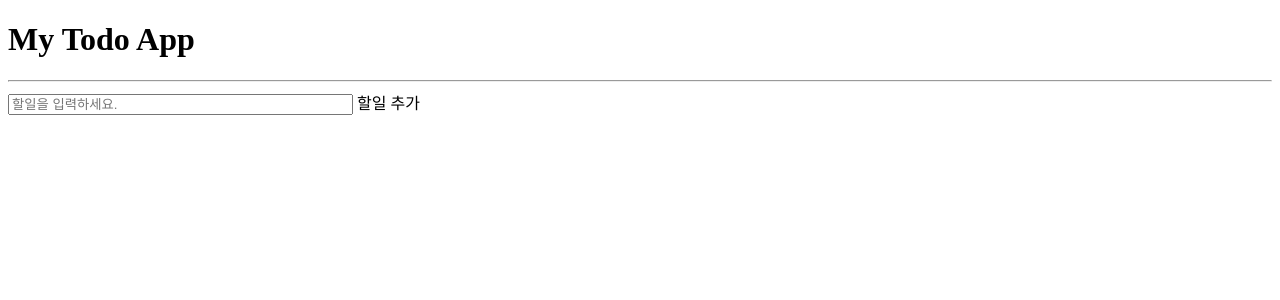
Repository: ineble/demo1
Page: http://localhost/test/todo.jsp
An editor plug-in stored every save of this project. The page is shown before and after the next save, followed by the edit.
The browser window is 1280 px wide. The pictures show the whole page.
The page is served by Tomcat 10.

Above is the page before, as saved 2022-08-03 10:49:32.

After the next save:
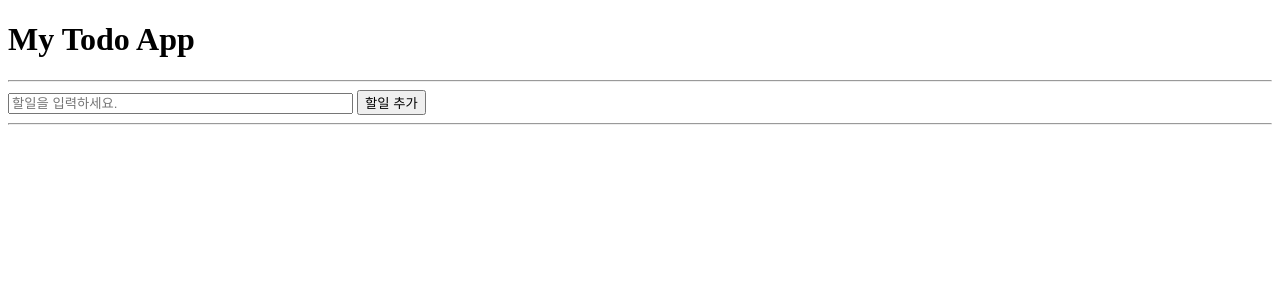
Console error: SyntaxError: Unexpected token '}'
Saved 17 min 35 s later.
--- a/test/src/main/webapp/todo.jsp
+++ b/test/src/main/webapp/todo.jsp
@@ -5,13 +5,24 @@
 <head>
 <meta charset="EUC-KR">
 <title>Insert title here</title>
+<script type="text/javascript">
+	function add(){
+		alert("할 일을 추가하시겠습니까?")
+		document.getElementById("rTodo").inerHTML = document.
+	}
+</script>
 </head>
 <body>
 	<h1>My Todo App</h1>
 	<hr>
-	<div>
+	<div id="todoForm">
 	<input type="text" placeholder="할일을 입력하세요." size="40" name="todo">
-	<buttn type="button" >할일 추가</button>
+	<button type="button" onclick="add()">할일 추가</button>
 	</div>
+	<hr>
+	<div id="resultForm">
+	<span id="rTodo"></span>
+	</div>
+
 </body>
 </html>
